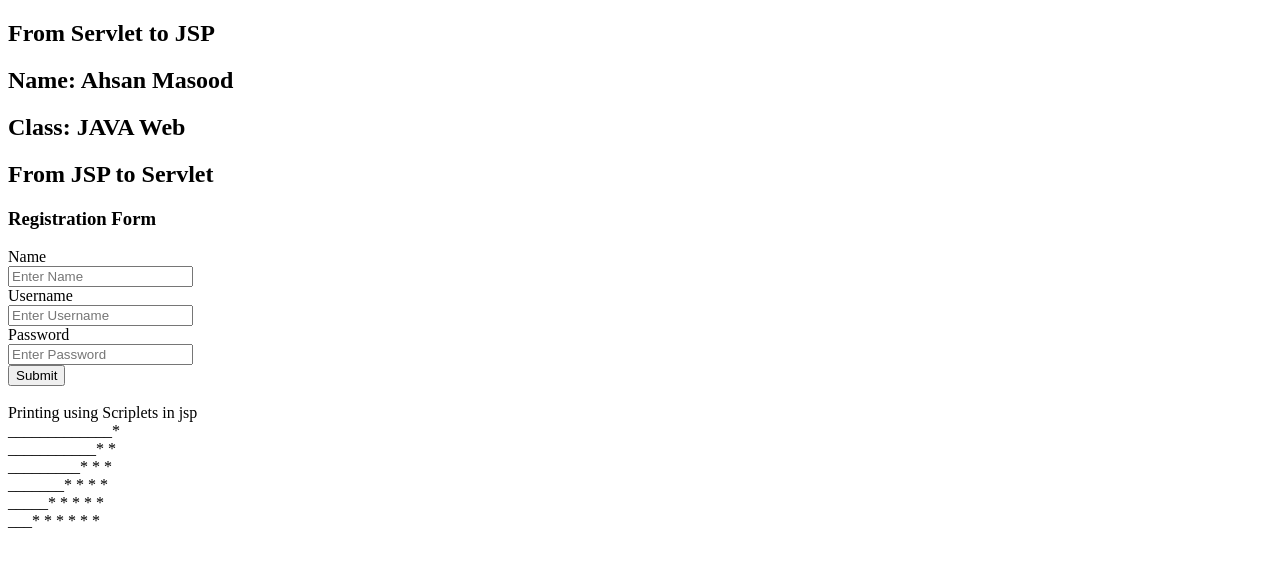
Repository: Ahsan-Masood98/Java-Web-Eng
Page: http://localhost/week2lab/helloworld
The author's editor kept a copy of each file at every save. The page is drawn from the files as they stood at one save, then again after the next save.
The browser window is 1280 px wide. The pictures show the whole page.
The page is served by Tomcat 9.

Above is the page before, as saved 2022-09-21 13:48:34.

After the next save:
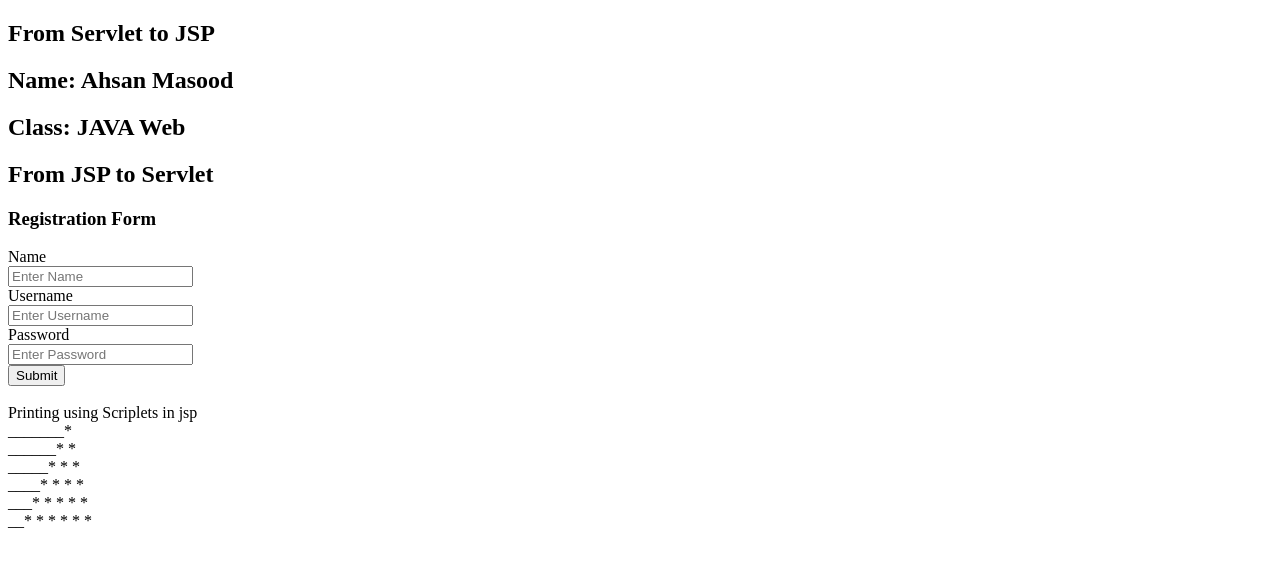
Saved 8 s later.
--- a/eclipse-workplace/week2lab/src/main/webapp/index.jsp
+++ b/eclipse-workplace/week2lab/src/main/webapp/index.jsp
@@ -26,7 +26,7 @@
 	<%
 		int i,j, row=6;
 		for(i=0; i< row; i++){
-			for (j = 2*(row - i); j >= 0; j--)
+			for (j = (row - i); j >= 0; j--)
 	               out.print("_");
 	  		for( j=0; j<=i; j++)
 				out.println("*");

After the save that followed:
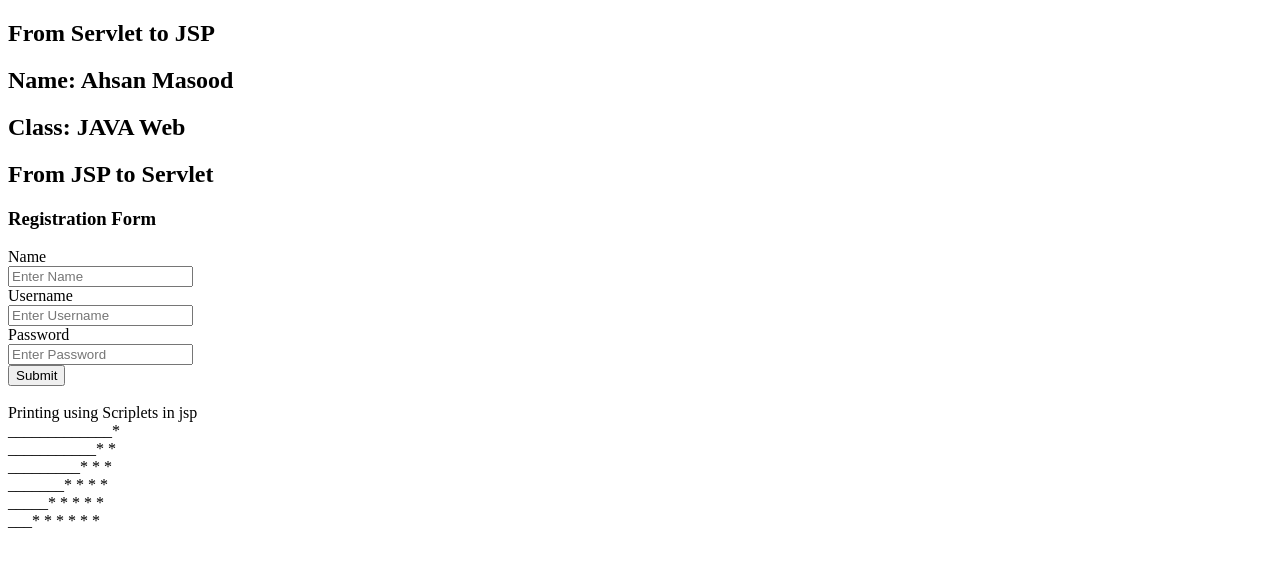
Saved 25 s later.
--- a/eclipse-workplace/week2lab/src/main/webapp/index.jsp
+++ b/eclipse-workplace/week2lab/src/main/webapp/index.jsp
@@ -26,10 +26,10 @@
 	<%
 		int i,j, row=6;
 		for(i=0; i< row; i++){
-			for (j = (row - i); j >= 0; j--)
+			for (j = 2*(row - i); j >= 0; j--)
 	               out.print("_");
 	  		for( j=0; j<=i; j++)
-				out.println("*");
+				out.println("* ");
 			out.print("<br/>");
 		}
 		out.print("<br/>");
